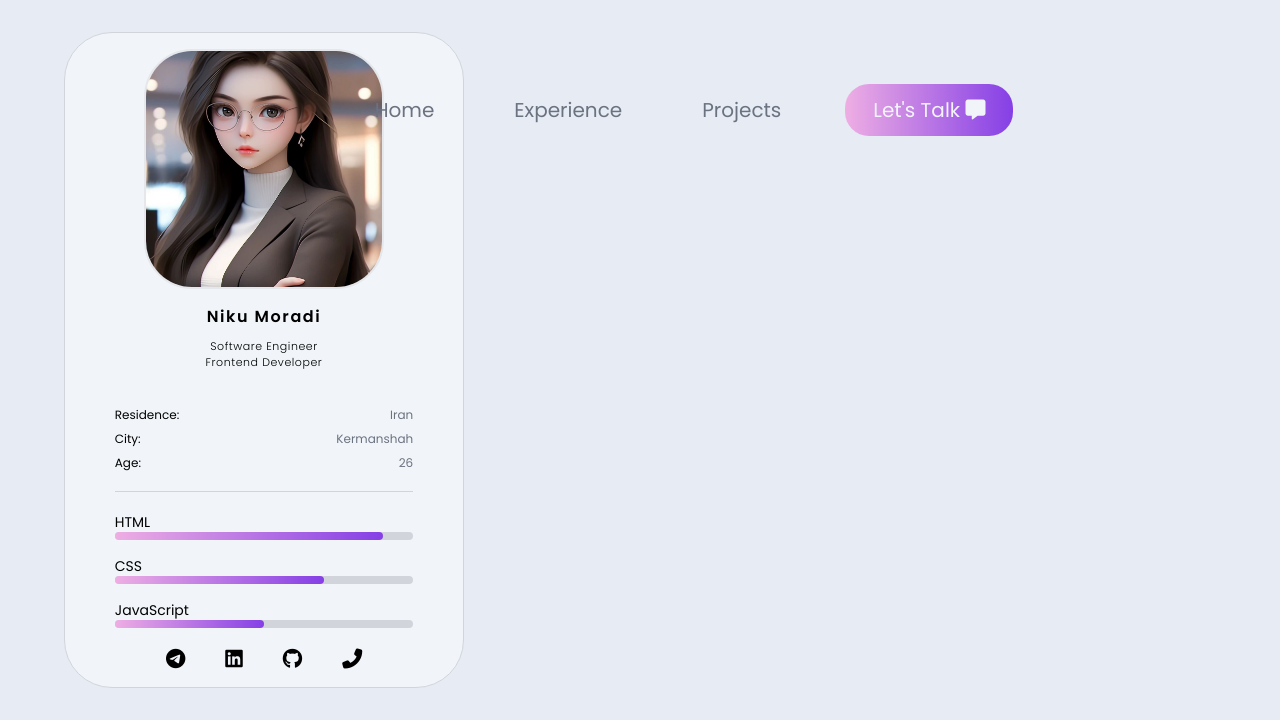
Repository: NikuMoradi/niku-moradi
Page: /
The author's editor kept a copy of each file at every save. The page is drawn from the files as they stood at one save, then again after the next save.
The browser window is 1280 px wide. The pictures show the whole page.
The project was rebuilt for these pictures with package versions that can differ from the ones it lists, and the page was loaded fresh each time. The framework's server and built-in components were replaced by stand-ins that run in the browser. Also part of the build but not shown: nuxt.config.ts, components/Blog Posts/Component-Design.vue, components/Blog.vue, components/Contact.vue, components/Education.vue, components/Experience.vue, components/Hero.vue, components/Menu.vue and 3 more.

Above is the page before, as saved 2024-12-01 11:56:49.

After the next save:
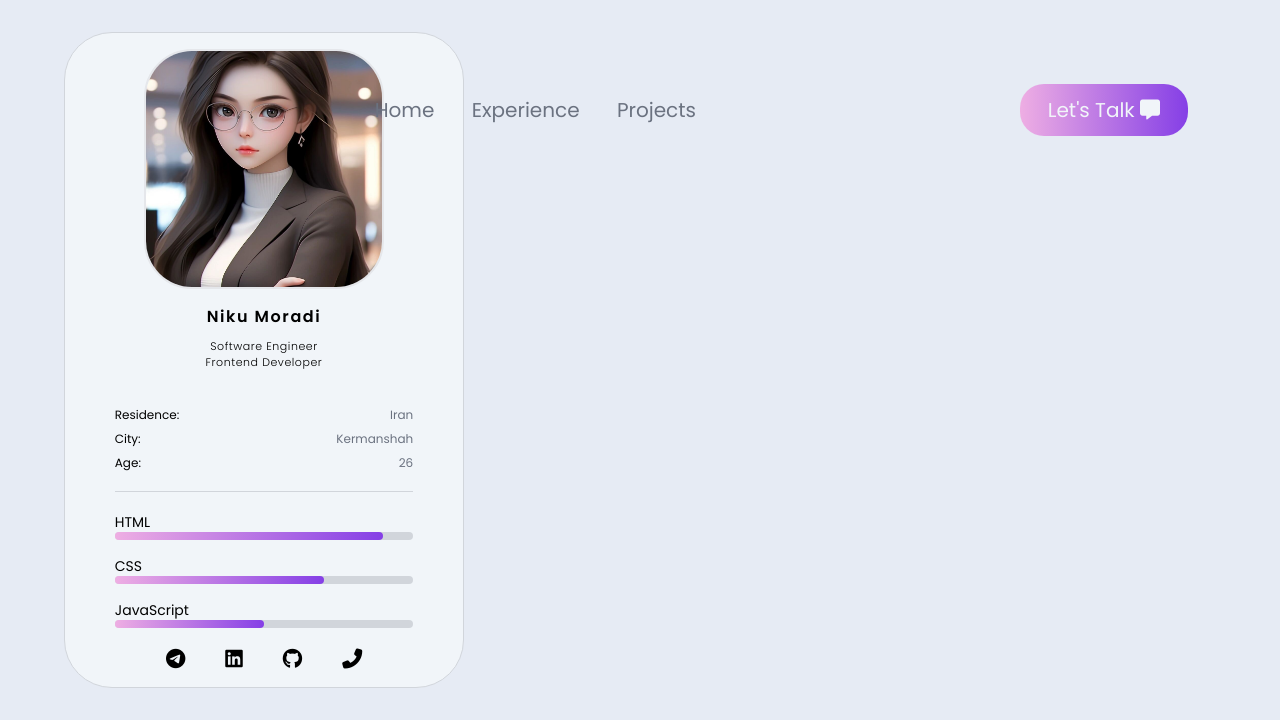
Saved 51 s later.
--- a/components/Navbar.vue
+++ b/components/Navbar.vue
@@ -1,35 +1,37 @@
 <template>
   <div
-    class="flex items-center px-3 py-1 space-x-12 fixed top-20 right-20 w-2/3"
+    class="flex items-center justify-between px-3 py-1 space-x-12 fixed top-20 right-20 w-2/3"
   >
-    <!-- About -->
+    <div>
+      <!-- About -->
 
-    <NuxtLink
-      to="/about"
-      class="py-3 px-4 text-xl text-gray-500"
-      exact-active-class="border border-gray-400 rounded-3xl font-semibold tracking-wide text-zinc-800"
-    >
-      Home
-    </NuxtLink>
+      <NuxtLink
+        to="/about"
+        class="py-3 px-4 text-xl text-gray-500"
+        exact-active-class="border border-gray-400 rounded-3xl font-semibold tracking-wide text-zinc-800"
+      >
+        Home
+      </NuxtLink>
 
-    <!-- Experience -->
-    <NuxtLink
-      to="/experience"
-      class="py-3 px-4 text-xl text-gray-500"
-      exact-active-class="border border-gray-400 rounded-3xl font-semibold tracking-wide text-zinc-800"
-    >
-      Experience
-    </NuxtLink>
+      <!-- Experience -->
+      <NuxtLink
+        to="/experience"
+        class="py-3 px-4 text-xl text-gray-500"
+        exact-active-class="border border-gray-400 rounded-3xl font-semibold tracking-wide text-zinc-800"
+      >
+        Experience
+      </NuxtLink>
 
-    <!-- Projects -->
-    <NuxtLink
-      to="/projects"
-      class="py-3 px-4 text-xl text-gray-500"
-      exact-active-class="border border-gray-400 rounded-3xl font-semibold tracking-wide text-zinc-800"
-    >
-      Projects
-    </NuxtLink>
-    <!-- Blog -->
+      <!-- Projects -->
+      <NuxtLink
+        to="/projects"
+        class="py-3 px-4 text-xl text-gray-500"
+        exact-active-class="border border-gray-400 rounded-3xl font-semibold tracking-wide text-zinc-800"
+      >
+        Projects
+      </NuxtLink>
+      <!-- Blog -->
+    </div>
     <button
       class="py-3 px-7 rounded-3xl text-xl text-slate-100 bg-primary-gradient"
     >
